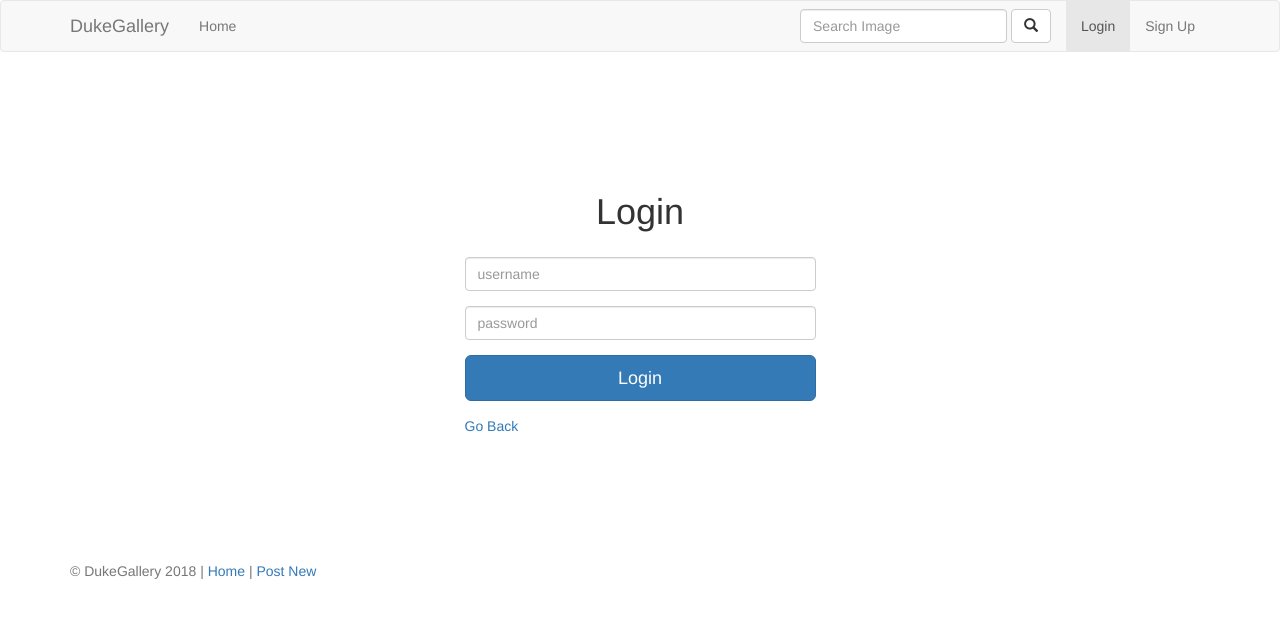
Repository: zhangsi929/Duke_gallery
Page: http://localhost/login
The author's editor kept a record of every edit. The page is drawn from the files as they stood at one moment, then again after the next edit.
The browser window is 1280 px wide. The pictures show the whole page.
Some web libraries are served in a nearby version. The page is served by the project's Node server (app.js).

Above is the page before.

After the next edit:
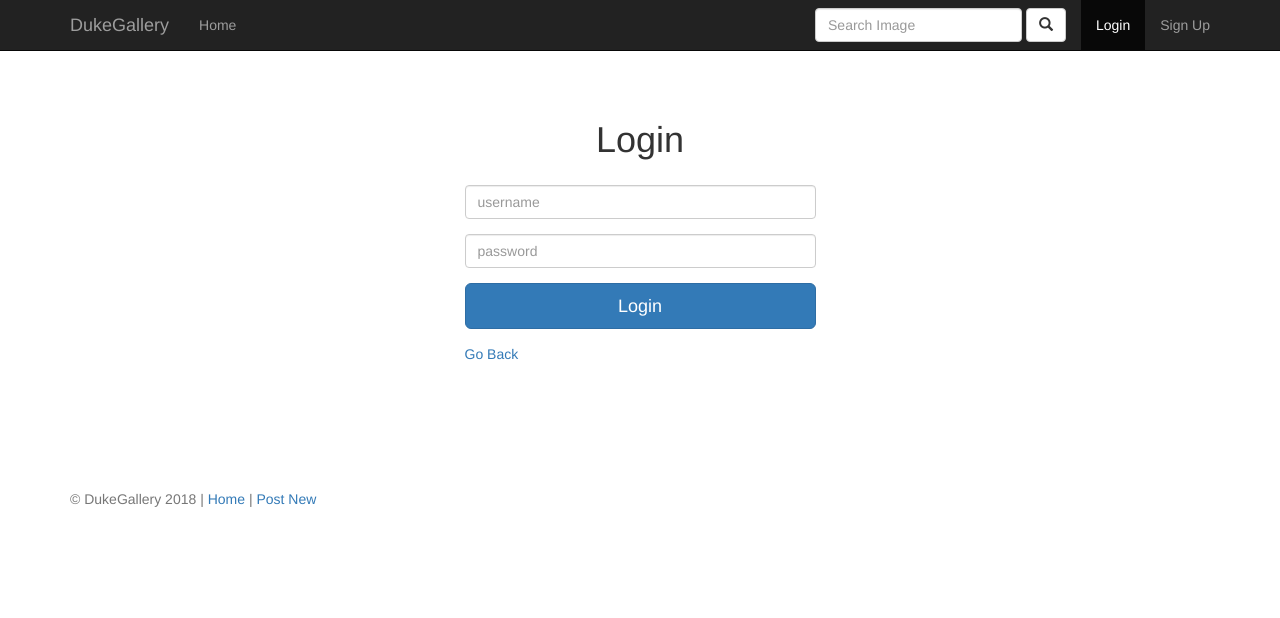
The edit:
--- a/views/partials/header.ejs
+++ b/views/partials/header.ejs
@@ -8,8 +8,8 @@
         <link rel="stylesheet" href="/stylesheets/main.css">
     </head>
     <body>
-        <!--<nav class="navbar navbar-inverse navbar-fixed-top">-->
-        <nav class="navbar navbar-default">
+        <nav class="navbar navbar-inverse navbar-fixed-top">
+        <!--<nav class="navbar navbar-default">-->
             <div class="container">
                 <div class="navbar-header">
                     <button type="button" class="navbar-toggle collapsed" data-toggle="collapse" data-target="#navbar" aria-expanded="false" aria-controls="navbar">
